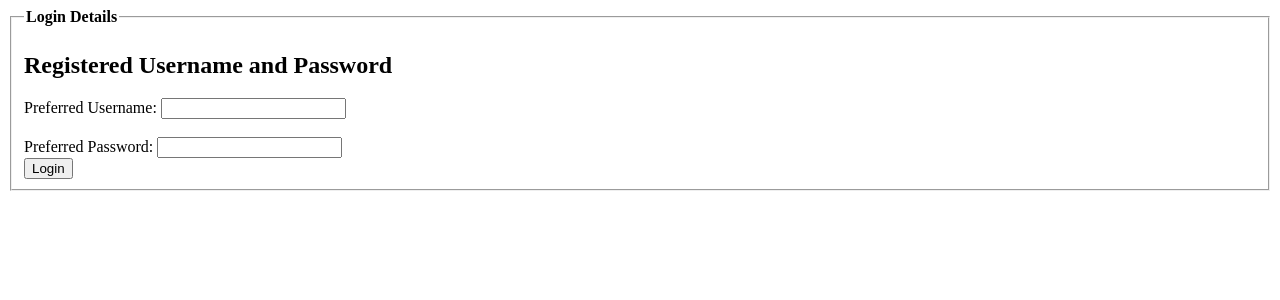
Repository: hizeetech/First-Assignment
Page: login.html
The author's editor kept a copy of each file at every save. The page is drawn from the files as they stood at one save, then again after the next save.
The browser window is 1280 px wide. The pictures show the whole page.

Above is the page before, as saved 2024-11-09 04:11:32.

After the next save:
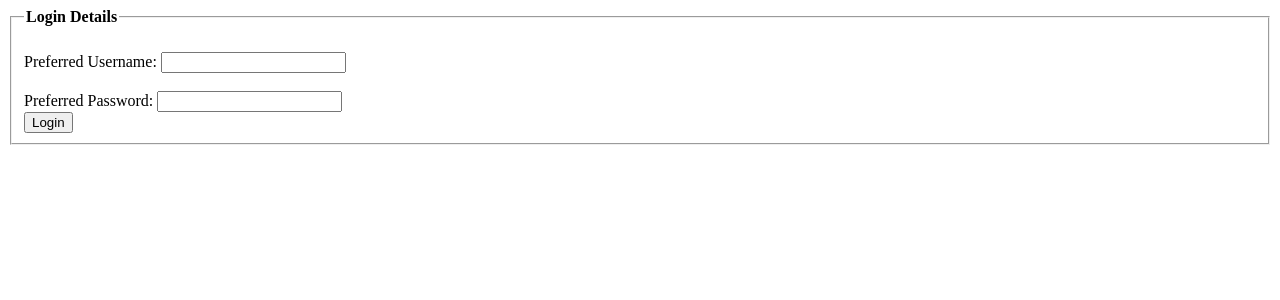
Saved 16 s later.
--- a/login.html
+++ b/login.html
@@ -10,7 +10,7 @@
     <div>
         <fieldset>
             <legend><b>Login Details</b></legend>
-        <h2>Registered Username and Password</h2>
+        <h2></h2>
         <form action="login.php" method="POST">
             <div>
                 <label for="username">Preferred Username:</label>
